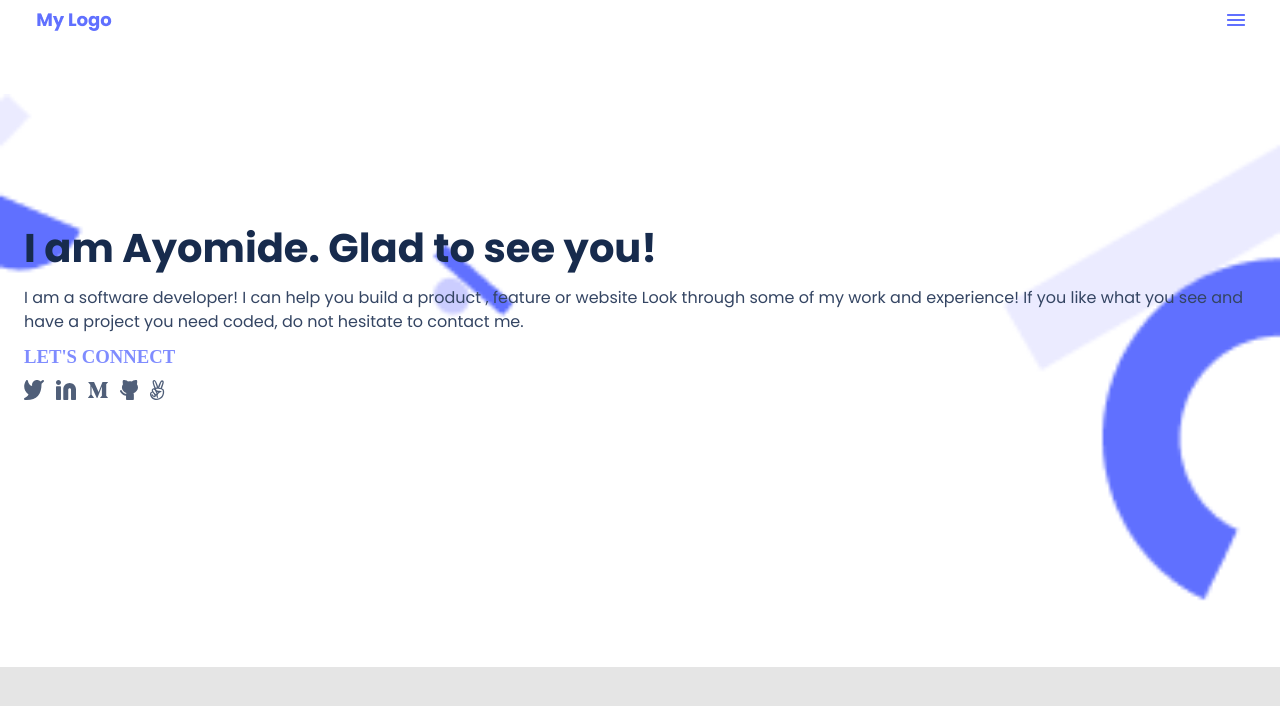
Repository: Paulinelali/potfoilo.github.io
Page: public/index.html
The author's editor kept a copy of each file at every save. The page is drawn from the files as they stood at one save, then again after a run of saves.
The browser window is 1280 px wide. The pictures show the whole page.

Above is the page before, as saved 2023-03-31 00:34:50.

After the next 2 saves:
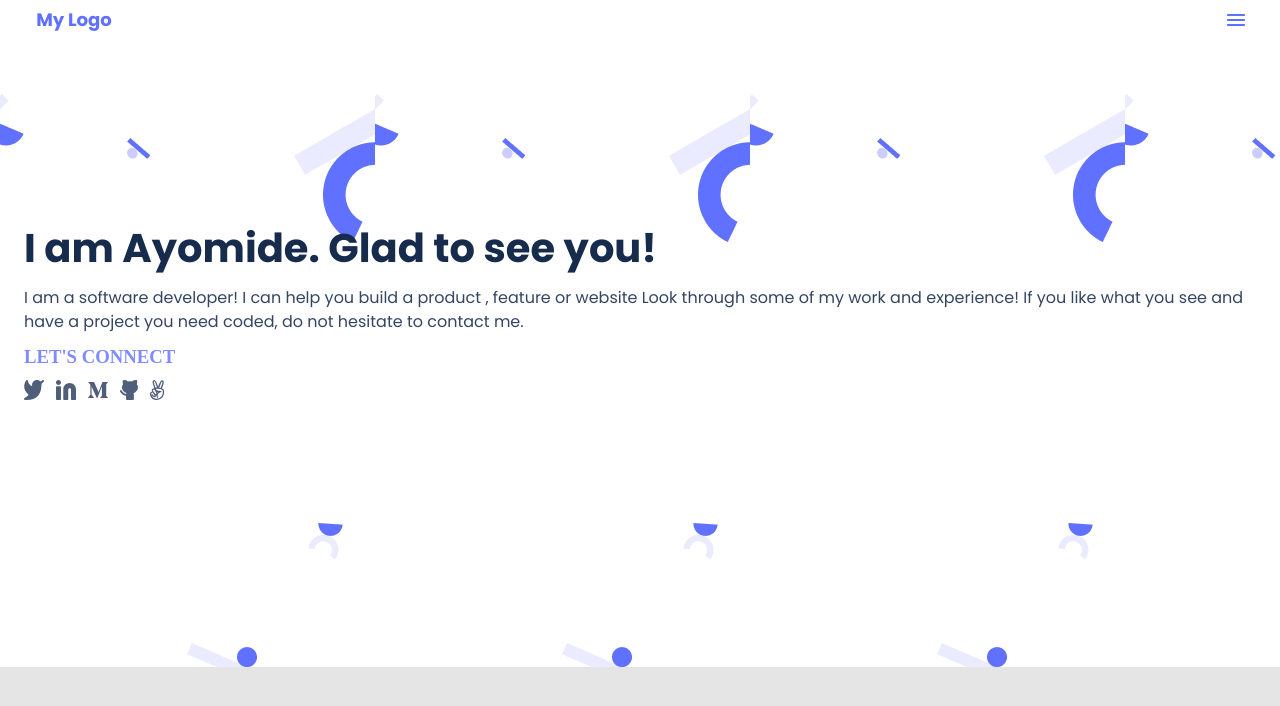
The 2 saves are shown as one change because they came seconds apart.
The last was saved 17 s later.
--- a/styles/style.css
+++ b/styles/style.css
@@ -32,7 +32,7 @@ body{
   gap: 12px;
   padding: 128px 0px;
   background-image: url("../assets/header-shapes\ mobile.png");
-  background-size: cover;
+  background-size: co;
 
 }
 .introc-content h1{
